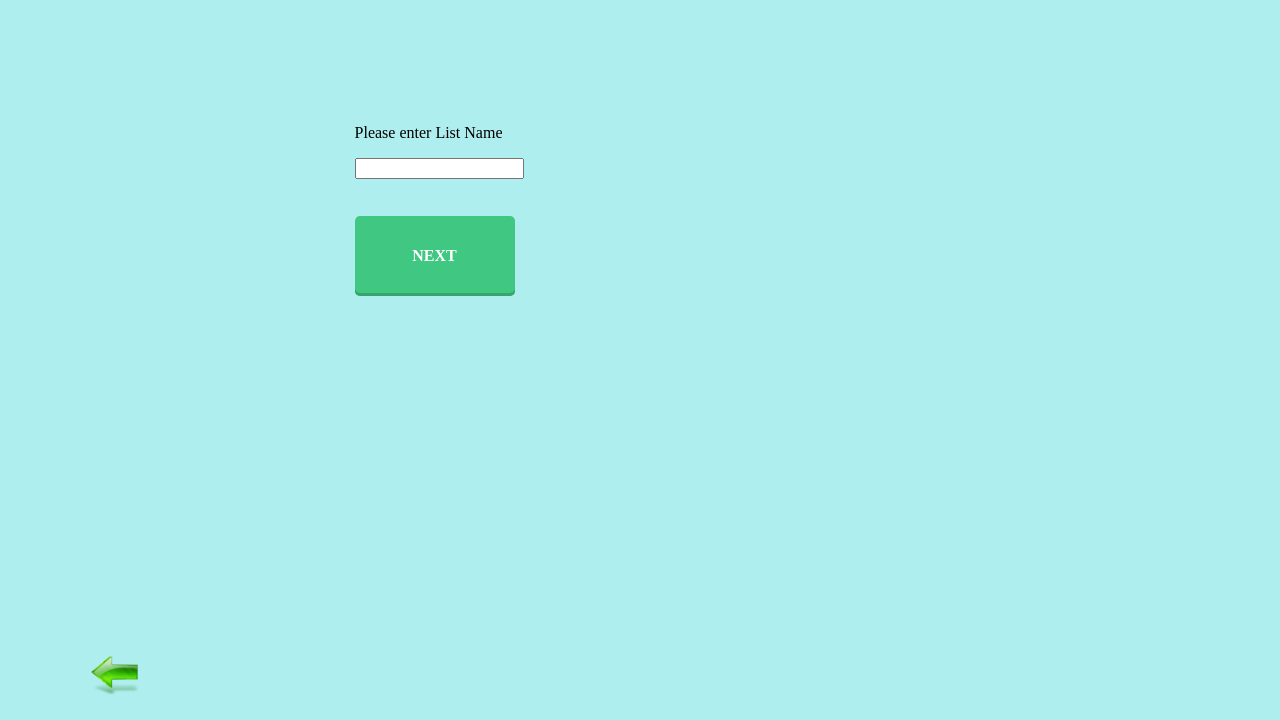
Repository: Artem-Brunov/msu_prac
Page: workspace/BasicUI/NewWithoutTr.html
The author's editor kept a copy of each file at every save. The page is drawn from the files as they stood at one save, then again after the next save.
The browser window is 1280 px wide. The pictures show the whole page.

Above is the page before, as saved 2017-12-26 19:05:58.

After the next save:
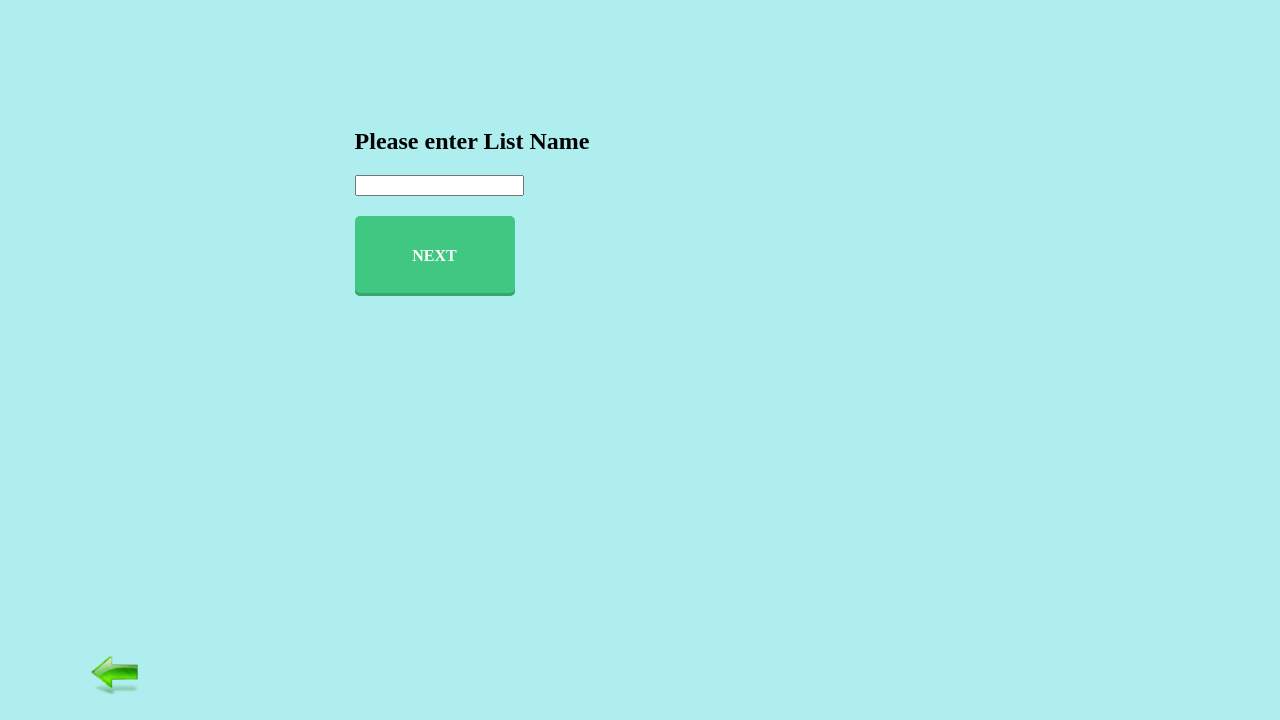
Saved 28 s later.
--- a/workspace/BasicUI/NewWithoutTr.html
+++ b/workspace/BasicUI/NewWithoutTr.html
@@ -12,7 +12,7 @@
 <body>
 <div class = "listn">
 	<form name="test">
-  		<p>Please enter List Name</p>
+  		<h2>Please enter List Name</h2>
   		<p>
    			<input type="text" size="18">
   		</p>
